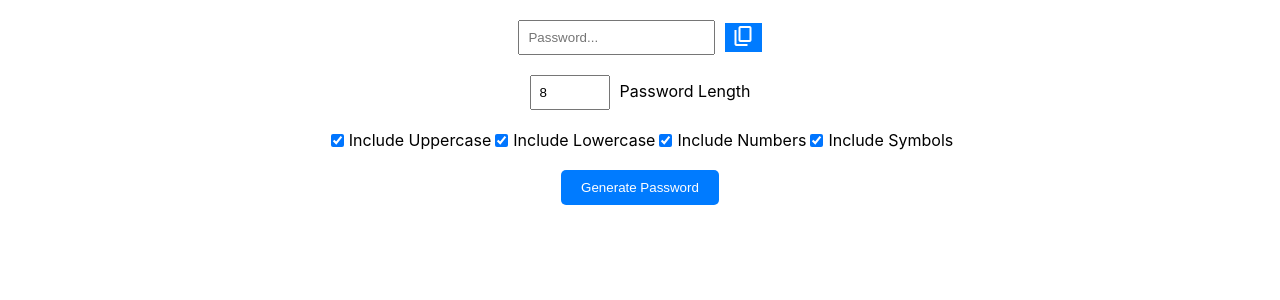
Repository: sriram1224/pass-generator
Page: /
The author's editor kept a copy of each file at every save. The page is drawn from the files as they stood at one save, then again after the next save.
The browser window is 1280 px wide. The pictures show the whole page.
The project was rebuilt for these pictures with package versions that can differ from the ones it lists, and the page was loaded fresh each time.

Above is the page before, as saved 2024-03-21 20:16:23.

### public/index.html
<!DOCTYPE html>
<html lang="en">

<head>
  <meta charset="utf-8" />
  <link rel="icon" href="%PUBLIC_URL%/favicon.ico" />
  <meta name="viewport" content="width=device-width, initial-scale=1" />
  <meta name="theme-color" content="#000000" />
  <meta name="description" content="Web site created using create-react-app" />
  <link rel="stylesheet"
    href="https://fonts.googleapis.com/css2?family=Material+Symbols+Outlined:opsz,wght,FILL,GRAD@24,400,0,0" />


  <title>React App</title>
</head>

<body>

  <div id="root">


  </div>

</body>

</html>

### src/App.js
import React, { useState, useRef, useCallback } from 'react';
import './App.css';

function generatePassword(length, includeUpper, includeLower, includeNumber, includeSymbol){
  const upperChars = 'ABCDEFGHIJKLMNOPQRSTUVWXYZ';
  const lowerChars = 'abcdefghijklmnopqrstuvwxyz';
  const numberChars = '0123456789';
  const symbolChars = '!@#$%^&*()-_=+';

  let chars = '';
  if (includeUpper) chars+= upperChars;
  if (includeLower) chars += lowerChars;
  if (includeNumber) chars += numberChars;
  if (includeSymbol) chars += symbolChars;
  let password = '';
  for(let i = 0; i < length; i++){
    password += chars.charAt(Math.floor(Math.random() * chars.length));
  }
  return password;
}

function App() {
  const [password, setPassword] = useState('');
  const includeUpperRef = useRef(true);
  const includeLowerRef = useRef(true);
  const includeSymbolRef = useRef(true);
  const includeNumberRef = useRef(true);
  const [length, setLength] = useState(8);

  const handleCheckboxChange = (ref) => {
    ref.current = !ref.current;
    handlePassword();
  };

  const handlePassword = useCallback(() => {
    const newPass = generatePassword(
      length,
      includeUpperRef.current,
      includeLowerRef.current,
      includeNumberRef.current,
      includeSymbolRef.current
    );
    setPassword(newPass);
  }, [length, includeUpperRef, includeLowerRef, includeNumberRef, includeSymbolRef]);

  return (
    <div className="container">
      <div className="password-input">
        <input type="text" value={password} placeholder='Password...' readOnly />
        <button className="copy" onClick={() => navigator.clipboard.writeText(password)}><span class="material-symbols-outlined">
content_copy
        </span>
        </button>
      </div>
      <div className="length-input">
        <input type="number" value={length} onChange={(e) => setLength(parseInt(e.target.value))} min="1" max="50" />
        <label>Password Length</label>
      </div>
      <div className="checkboxes">
        <input type="checkbox" checked={includeUpperRef.current} onChange={() => handleCheckboxChange(includeUpperRef)} />
        <label>Include Uppercase</label>
        <input type="checkbox" checked={includeLowerRef.current} onChange={() => handleCheckboxChange(includeLowerRef)} />
        <label>Include Lowercase</label>
        <input type="checkbox" checked={includeNumberRef.current} onChange={() => handleCheckboxChange(includeNumberRef)} />
        <label>Include Numbers</label>
        <input type="checkbox" checked={includeSymbolRef.current} onChange={() => handleCheckboxChange(includeSymbolRef)} />
        <label>Include Symbols</label>
      </div>
      <button onClick={handlePassword} className='generate'>Generate Password</button>
    </div>
  );
}

export default App;

### src/App.css
.container {
  display: flex;
  flex-direction: column;
  align-items: center;
  padding: 20px;
}

.password-input {
  margin-bottom: 20px;
}

.password-input input {
  padding: 8px;
  margin-right: 10px;
}

.length-input {
  margin-bottom: 20px;
}

.length-input input {
  padding: 8px;
  width: 60px;
  margin-right: 10px;
}

.checkboxes {
  display: flex;
  align-items: center;
  margin-bottom: 20px;
}

.checkboxes input {
  margin-right: 5px;
}

.generate {
  padding: 10px 20px;
  background-color: #007bff;
  color: #fff;
  border: none;
  border-radius: 5px;
  cursor: pointer;
}

.generate:hover {
  background-color: #0056b3;
}
.password-input{
  display: flex;
  align-items: center;

}
.copy{

  background-color: #007bff;
  color: #fff;

 border: none;
  cursor: pointer;
}

Loaded but not shown: src/index.js (common file); src/index.css (common file); src/reportWebVitals.js (common file)

After the next save:
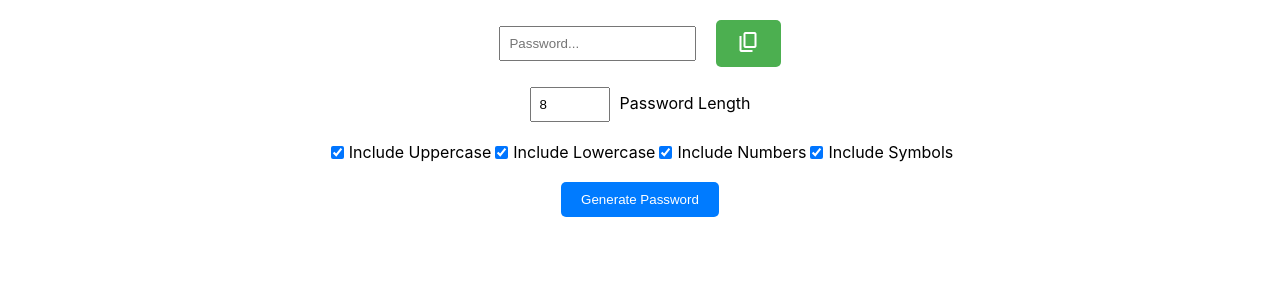
Saved 39 s later.
--- a/src/App.css
+++ b/src/App.css
@@ -51,11 +51,23 @@
   align-items: center;
 
 }
-.copy{
+.copy {
+  padding: 10px 20px;
+  background-color: #4CAF50;
+  /* Green background */
+  color: white;
+  /* White text */
+  border: none;
+  border-radius: 5px;
+  /* Rounded corners */
+  cursor: pointer;
+  margin-left: 10px;
+  /* Some space from the left */
+  transition: background-color 0.3s ease;
+  /* Smooth transition */
+}
 
-  background-color: #007bff;
-  color: #fff;
-
- border: none;
-  cursor: pointer;
+.copy:hover {
+  background-color: #45a049;
+  /* Darker green on hover */
 }
